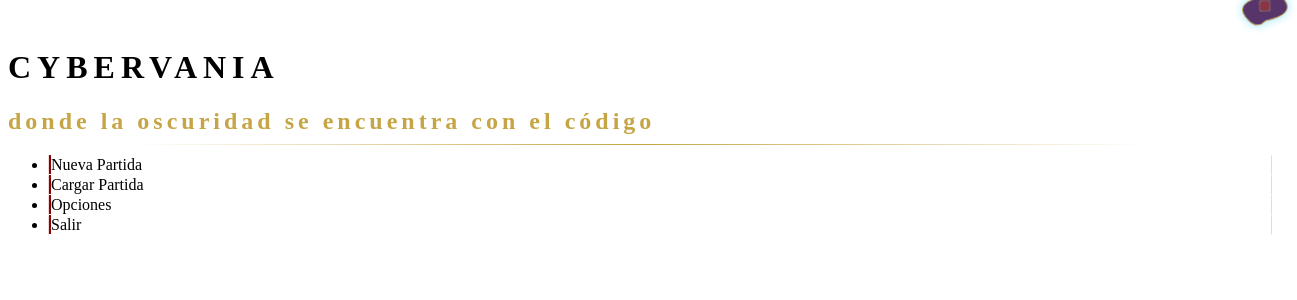
Repository: Cybermemillo/cybervania
Page: index.html
These files come from the project's save history. The page is drawn as it stood at one moment and after the next save; the edit follows.
The browser window is 1280 px wide. The page is 1297 px wide, then 1283 px, so the pictures cover 1297 px, including what lies to the right of the window. The pictures show the whole page.
Some web fonts or font styles are not loaded; a fallback is used.

Above is the page before, as saved 2025-03-03 19:22:58.
Console error: ReferenceError: previewContainer is not defined

### index.html
<!DOCTYPE html>
<html lang="es">
<head>
    <meta charset="UTF-8">
    <meta name="viewport" content="width=device-width, initial-scale=1.0">
    <title>Cybervania - Menú Principal</title>
    <!-- Estilos CSS -->
    <link rel="stylesheet" href="css/menu.css">
    <link rel="stylesheet" href="css/menu-gothic-enhancement.css">
    <link rel="stylesheet" href="css/gothic-effects.css">

    <!-- Precargar la fuente -->
    <link rel="preload" href="assets/fonts/neogothic.woff2" as="font" type="font/woff2" crossorigin>

    <!-- Fuentes góticas desde Google Fonts -->
    <link rel="preconnect" href="https://fonts.googleapis.com">
    <link rel="preconnect" href="https://fonts.gstatic.com" crossorigin>
    <link href="https://fonts.googleapis.com/css2?family=Almendra:wght@400;700&family=Pirata+One&display=swap" rel="stylesheet">

    <!-- Favicon -->
    <link rel="icon" type="image/png" href="assets/images/favicon.png">
</head>
<body class="cursor-gothic">
    <!-- Audio indicator discreto -->
    <div id="audio-indicator" class="notification" style="opacity: 0;">
        Haz clic para activar audio
    </div>

    <!-- Contenedor principal del menú -->
    <div id="menu-container">
        <!-- El menú se generará dinámicamente desde JS -->
    </div>

    <!-- Scripts -->
    <script type="module" src="js/main.js"></script>
</body>
</html>

### css/menu.css
@font-face {
    font-family: 'NeoGothic';
    src: url('../assets/fonts/neogothic.woff2') format('woff2');
    font-weight: normal;
    font-style: normal;
}

:root {
    --menu-frame-color: rgba(41, 80, 120, 0.8);
    --text-glow-color: rgba(0, 195, 255, 0.5);
    --text-color: #e0f2ff;
    --accent-color: #00c3ff;
    --background-color: #080818;
    --mist-opacity: 0.3;
    --background-blur: 0.15;

    /* Colores para especializaciones */
    --red-color: #ff3a4a;
    --blue-color: #1fa7ff;
    --purple-color: #a742ff;

    /* Variables de animación */
    --menu-transition: 0.3s cubic-bezier(0.23, 1, 0.

### css/menu-gothic-enhancement.css
/* Mejoras estéticas para reforzar el carácter gótico-cyberpunk de Cybervania */

/* Fuentes más característica con familia gótica */
@import url('https://fonts.googleapis.com/css2?family=Pirata+One&display=swap');
@import url('https://fonts.googleapis.com/css2?family=Almendra:wght@400;700&display=swap');

/* Variables adicionales */
:root {
    /* Colores para acentos góticos */
    --blood-red: #8a0303;
    --midnight-purple: #2d0245;
    --ancient-gold: #bf9b30;
    --church-blue: #142c59;

    /* Efectos especiales */
    --blood-drip: drop-shadow(0 5px 2px rgba(138, 3, 3, 0.4));
    --stained-glass: linear-gradient(135deg, rgba(20, 44, 89, 0.7), rgba(138, 3, 3, 0.5), rgba(45, 2, 69, 0.7));
}

/* Rediseño del título principal para hacerlo más legible */
.title-container h1 {
    /* Cambiar a una fuente gótica más legible */
    font-family: 'Almendra', 'Orbitron', serif;
    letter-spacing: 6px; /* Reducido de 8px para mejorar legibilidad */
    position: relative;
    animation: textShadowPulse 4s infinite;

    /* Opción alternativa: convertir a minúsculas para mejor legibilidad */
    /* text-transform: lowercase; */
    /* Para mantener la primera letra en mayúscula, usar JavaScript o esta técnica: */
    /* font-variant: small-caps; */
}

/* Título gótico con acento cyberpunk - ajustado para la nueva fuente */
.title-container h1::before {
    content: attr(data-text);
    position: absolute;
    left: -2px;
    top: 0;
    color: var(--blood-red);
    text-shadow: none;
    z-index: -1;
    animation: gothic-glitch 5s infinite alternate-reverse;
    clip-path: polygon(0 0, 100% 0, 100% 45%, 0 55%);
    opacity: 0.8;
    font-family: 'Almendra', 'Orbitron', serif;
}

/* Nuevo subtítulo con estilo más arcano */
.title-container h2 {
    font-family: 'Pirata One', cursive;
    letter-spacing: 4px;
    font-style: normal;
    color: var(--ancient-gold);
    text-transform: lowercase;
    margin-top: 15px;
    position: relative;
    opacity: 0.9;
}

/* Efectos adicionales para el subtítulo */
.title-container h2::after {
    content: "";
    position: absolute;
    left: 50%;
    bottom: -10px;
    transform: translateX(-50%);
    width: 80%;
    height: 1px;
    background: linear-gradient(to right, transparent, var(--ancient-gold), transparent);
}

/* Vitrales decorativos para los bordes del menú */
.menu-screen::before {
    background: var(--stained-glass);
    opacity: 0.7;
    animation: stained-glass-glow 8s infinite alternate;
}

@keyframes stained-glass-glow {
    0% {
        opacity: 0.3;
        filter: blur(10px) hue-rotate(0deg);
    }
    50% {
        opacity: 0.7;
        filter: blur(7px) hue-rotate(30deg);
    }
    100% {
        opacity: 0.3;
        filter: blur(10px) hue-rotate(0deg);
    }
}

/* Gárgola digital en la esquina superior derecha del menú */
.menu-screen::after {
    content: "";
    position: absolute;
    top: -20px;
    right: -15px;
    width: 60px;
    height: 60px;
    background-image: url("data:[embedded picture, 368 characters]");
    background-size: contain;
    opacity: 0.8;
    transform: rotate(5deg);
    filter: drop-shadow(0 0 5px var(--text-glow-color));
    animation: gargoyle-watch 15s infinite alternate;
    pointer-events: none;
    z-index: 10;
}

@keyframes gargoyle-watch {
    0% { transform: rotate(5deg) translateY(0); }
    25% { transform: rotate(0deg) translateY(2px); }
    50% { transform: rotate(-5deg) translateY(0); }
    75% { transform: rotate(0deg) translateY(-2px); }
    100% { transform: rotate(5deg) translateY(0); }
}

/* Efectos especiales para títulos de secciones */
.menu-screen h3 {
    font-family: 'Almendra', serif;
    letter-spacing: 2px; /* Reducido para mejor legibilidad */
    padding: 8px 0;
    color: var(--ancient-gold);
    text-shadow: 0 0 8px rgba(138, 3, 3, 0.6);
    position: relative;
}

/* Símbolos arcanos alrededor de los títulos */
.menu-screen h3::before,
.menu-screen h3::after {
    content: "†";
    font-family: serif;
    font-size: 22px;
    position: absolute;
    top: 50%;
    transform: translateY(-50%);
    color: var(--ancient-gold);
    text-shadow: 0 0 5px var(--blood-red);
}

.menu-screen h3::before { left: 10px; }
.menu-screen h3::after { right: 10px; }

/* Ornamentos para elementos del menú principal */
.menu-item {
    border-image: url("data:[embedded picture, 255 characters]") 10 stretch;
    border-width: 1px;
    border-style: solid;
}

/* Hover más dramático para elementos del menú */
.menu-item:hover {
    border-image: url("data:[embedded picture, 255 characters]") 10 stretch;
    box-shadow: 0 0 15px rgba(138, 3, 3, 0.6), inset 0 0 15px rgba(255, 34, 136, 0.3);
    background: linear-gradient(to right, rgba(45, 2, 69, 0.7), rgba(80, 20, 60, 0.5));
    transform: translateX(8px);
}

/* Iconos con estilo más distintivo */
.menu-icon {
    border: 1px solid var(--blood-red);
    background: radial-gradient(circle at center, rgba(45, 2, 69, 0.7), rgba(20, 5, 20, 0.9));
}

/* Efectos específicos para el fondo */
.mist-element {
    background: radial-gradient(
        circle,
        rgba(180, 20, 120, 0.1) 0%,
        rgba(45, 2, 69, 0.05) 50%,
        rgba(0, 0, 0, 0) 70%
    );
    mix-blend-mode: screen;
}

/* Añadir patrón de catedral en fondo */
.menu-background:before {
    content: "";
    position: absolute;
    top: 0;
    left: 0;
    width: 100%;
    height: 100%;
    background-image: url("data:[embedded picture, 316 characters]");
    background-size: 100px 100px;
    opacity: 0.05;
    pointer-events: none;
    z-index: 1;
}

/* Efecto de sangre goteante para botones destacados */
.main-button {
    filter: var(--blood-drip);
    background: linear-gradient(to bottom, rgba(138, 3, 3, 0.8), rgba(80, 10, 40, 0.9));
    border-color: var(--blood-red);
}

.main-button:hover {
    background: linear-gradient(to bottom, rgba(168, 13, 13, 0.9), rgba(100, 15, 50, 0.95));
    box-shadow: 0 0 15px rgba(138, 3, 3, 0.5);
}

/* Notificaciones con estilo gótico */
.notification {
    font-family: 'Pirata One', cursive;
    background-color: rgba(20, 44, 89, 0.9);
    border: 1px solid var(--ancient-gold);
    color: var(--ancient-gold);
}

/* Entrada gótica para las pantallas del menú */
@keyframes gothic-entrance {
    from {
        opacity: 0;
        transform: translateY(30px) scale(0.95);
        filter: blur(10px) brightness(0.5);
    }
    50% {
        opacity: 0.7;
        transform: translateY(15px) scale(0.98);
        filter: blur(5px) brightness(0.7);
    }
    to {
        opacity: 1;
        transform: translateY(0) scale(1);
        filter: blur(0) brightness(1);
    }
}

/* Mejoras para los selectores de especialización */
.spec-card.red {
    background: linear-gradient(135deg, rgba(40, 10, 30, 0.7), rgba(138, 3, 3, 0.6));
}

.spec-card.blue {
    background: linear-gradient(135deg, rgba(40, 10, 30, 0.7), rgba(20, 44, 89, 0.6));
}

.spec-card.purple {
    background: linear-gradient(135deg, rgba(40, 10, 30, 0.7), rgba(45, 2, 69, 0.6));
}

.spec-card.selected::before {
    content: "⚜";
    position: absolute;
    top: -12px;
    left: 50%;
    transform: translateX(-50%);
    font-size: 24px;
    color: var(--ancient-gold);
    text-shadow: 0 0 5px rgba(191, 155, 48, 0.5);
}

/* Animación gótica con glitch */
@keyframes gothic-glitch {
    0% {
        clip-path: polygon(0 0, 100% 0, 100% 45%, 0 55%);
        transform: skew(0.8deg);
    }
    30% {
        clip-path: polygon(0 45%, 100% 35%, 100% 65%, 0 75%);
        transform: skew(0.5deg);
    }
    60% {
        clip-path: polygon(0 55%, 100% 65%, 100% 100%, 0 100%);
        transform: skew(0.25deg);
    }
    100% {
        clip-path: polygon(0 0, 100% 0, 100% 100%, 0 100%);
        transform: skew(0deg);
    }
}

### css/gothic-effects.css
/* Archivo adicional de estilos para efectos gótico-cyberpunk de Cybervania */

/* Estilos para las gárgolas ornamentales */
.gargoyle-ornament {
    position: absolute;
    width: 50px;
    height: 50px;
    z-index: 20;
    opacity: 0.6;
    filter: drop-shadow(0 0 3px rgba(0, 0, 0, 0.5));
    transition: opacity 0.3s ease, transform 0.3s ease;
}

.gargoyle-ornament.top-left {
    top: 10px;
    left: 10px;
}

.gargoyle-ornament.top-right {
    top: 10px;
    right: 10px;
}

.gargoyle-ornament.bottom-left {
    bottom: 10px;
    left: 10px;
}

.gargoyle-ornament.bottom-right {
    bottom: 10px;
    right: 10px;
}

.gargoyle-ornament:hover {
    opacity: 1;
    transform: scale(1.2);
}

.gargoyle-ornament.awakened {
    filter: drop-shadow(0 0 5px rgba(255, 34, 136, 0.5));
}

/* Pentagrama digital */
.cyber-pentagram {
    position: absolute;
    top: 50%;
    left: 50%;
    transform: translate(-50%, -50%) scale(0.5);
    opacity: 0;
    z-index: 1;
    pointer-events: none;
    transition: opacity 1s ease, transform 1s ease;
}

.cyber-pentagram.reveal {
    opacity: 0.15;
    transform: translate(-50%, -50%) scale(1);
}

.pentagram-outline {
    animation: pentagram-pulse 10s infinite alternate;
}

@keyframes pentagram-pulse {
    0% { stroke-width: 0.5; stroke-opacity: 0.3; }
    50% { stroke-width: 1; stroke-opacity: 0.5; }
    100% { stroke-width: 0.5; stroke-opacity: 0.3; }
}

/* Manchas de sangre digitales */
.blood-splatter {
    position: absolute;
    z-index: 1;
    pointer-events: none;
    filter: hue-rotate(330deg) contrast(1.2);
    mix-blend-mode: multiply;
}

/* Glow ritual alrededor de los elementos del menú */
.ritual-glow {
    position: absolute;
    top: 0;
    left: 0;
    right: 0;
    bottom: 0;
    background: transparent;
    pointer-events: none;
    z-index: -1;
    box-shadow: inset 0 0 30px rgba(191, 155, 48, 0.2);
    border-radius: inherit;
}

/* Símbolos arcanos en fondos */
.arcane-symbols {
    position: absolute;
    top: 0;
    left: 0;
    width: 100%;
    height: 100%;
    z-index: 0;
    pointer-events: none;
    overflow: hidden;
}

/* Relámpagos ambientales */
.ambient-lightning {
    position: fixed;
    top: 0;
    left: 0;
    width: 100%;
    height: 100%;
    background: rgba(255, 255, 255, 0);
    pointer-events: none;
    z-index: 200;
    opacity: 0;
    transition: all 0.1s ease;
}

.ambient-lightning.flash {
    opacity: 0;
    animation: lightning-flash 1.5s ease-out;
}

@keyframes lightning-flash {
    0% { background: rgba(255, 255, 255, 0); opacity: 0; }
    10% { background: rgba(150, 195, 255, 0.1); opacity: 0.8; }
    11% { background: rgba(255, 255, 255, 0); opacity: 0; }
    14% { background: rgba(150, 195, 255, 0.1); opacity: 0.3; }
    15% { background: rgba(255, 255, 255, 0); opacity: 0; }
    100% { background: rgba(255, 255, 255, 0); opacity: 0; }
}

/* Efecto de texto sangriento */
.bloody-text {
    color: #f0e2ff;
    text-shadow: 0 0 5px rgba(138, 3, 3, 0.7);
    position: relative;
}

.blood-drop {
    position: absolute;
    bottom: -5px;
    width: 2px;
    height: 10px;
    background: linear-gradient(to bottom, rgba(138, 3, 3, 0.7), rgba(138, 3, 3, 0));
    border-radius: 50% 50% 0 0;
    animation: drip 3s infinite;
}

@keyframes drip {
    0% { height: 0; opacity: 0; }
    30% { height: 10px; opacity: 0.7; }
    70% { height: 15px; opacity: 0.5; }
    100% { height: 20px; opacity: 0; }
}

/* Efectos de distorsión VHS */
.vhs-distortion {
    position: relative;
    overflow: hidden;
}

.vhs-noise {
    position: absolute;
    top: 0;
    left: 0;
    width: 100%;
    height: 100%;
    background-image: url("data:[embedded picture, 304 characters]");
    opacity: 0.03;
    mix-blend-mode: screen;
    pointer-events: none;
}

.vhs-scanlines {
    position: absolute;
    top: 0;
    left: 0;
    width: 100%;
    height: 100%;
    background: linear-gradient(
        to bottom,
        transparent 50%,
        rgba(0, 0, 0, 0.05) 50%
    );
    background-size: 100% 4px;
    pointer-events: none;
}

.vhs-glitch {
    position: absolute;
    top: 0;
    left: 0;
    width: 100%;
    height: 100%;
    opacity: 0;
    pointer-events: none;
    animation: random-glitch 10s infinite;
}

@keyframes random-glitch {
    0% { opacity: 0; transform: translateX(0); }
    1% { opacity: 0.2; transform: translateX(-5px); }
    1.5% { opacity: 0; transform: translateX(0); }
    10% { opacity: 0; }
    10.5% { opacity: 0.1; }
    11% { opacity: 0; }
    30% { opacity: 0; }
    30.5% { opacity: 0.2; transform: translateX(3px); }
    31% { opacity: 0; transform: translateX(0); }
    98% { opacity: 0; }
    100% { opacity: 0; }
}

/* Viñeta oscura pulsante */
.dark-vignette {
    position: fixed;
    top: 0;
    left: 0;
    width: 100%;
    height: 100%;
    pointer-events: none;
    z-index: 1;
    background: radial-gradient(
        ellipse at center,
        transparent 60%,
        rgba(0, 0, 0, 0.4) 100%
    );
    opacity: 0.7;
    transition: opacity 3s ease;
}

.dark-vignette.pulse {
    opacity: 0.9;
}

/* Parpadeo de luces de neón */
.neon-flicker {
    animation: neon-flicker-effect 4s infinite;
}

@keyframes neon-flicker-effect {
    0%, 19%, 21%, 23%, 54%, 56%, 91%, 100% {
        text-shadow: 0 0 5px var(--text-glow-color),
                     0 0 10px var(--text-glow-color),
                     0 0 15px var(--text-glow-color);
        opacity: 1;
    }
    20%, 55%, 92% {
        text-shadow: none;
        opacity: 0.8;
    }
}

/* Cursor personalizado gótico */
.cursor-gothic {
    cursor: url("data:[embedded picture, 261 characters]")
          12 12,
        auto;
}

### js/main.js
import { MainMenu } from './ui/MainMenu.js';
import { GothicEffects } from './ui/GothicEffects.js';
import { MenuEffects } from './ui/MenuEffects.js';
import { getAudioManager } from './audio/AudioManager.js';
import { Player } from './entities/Player.js';

// Inicializar sistemas cuando el DOM esté listo
document.addEventListener('DOMContentLoaded', function() {
    console.log('🦇 Cybervania - Inicializando menú principal...');

    // Inicializar el menú principal
    const mainMenu = new MainMenu('menu-container');

    // Inicializar audio y precargar sonidos comunes
    const audioManager = getAudioManager();
    audioManager.preloadCommonSounds();

    // Para activar el audio en navegadores modernos que requieren interacción del usuario
    document.body.addEventListener('click', () => {
        if (audioManager.isReady()) {
            audioManager.resume();
        }
    }, { once: true });

    // Inicializar efectos visuales
    const menuEffects = new MenuEffects('menu-container');
    const gothicEffects = new GothicEffects('menu-container');

    // Añadir viñeta oscura
    gothicEffects.addDarkVignette();

    // Aplicar efectos góticos en títulos
    gothicEffects.applyBloodyText('.menu-screen h3');

    // Agregar gestor global para la configuración
    window.cybervaniaSettings = {
        mainMenu,
        menuEffects,
        gothicEffects,
        audioManager,

        // Aplicar configuración
        applySettings(options) {
            // Audio
            if (options.musicVolume !== undefined) {
                audioManager.setMusicVolume(options.musicVolume);
            }
            if (options.sfxVolume !== undefined) {
                audioManager.setSFXVolume(options.sfxVolume);
            }

            // Efectos visuales
            if (options.visualQuality !== undefined) {
                menuEffects.updateMistEffects(options.visualQuality);
                const effectIntensity = options.visualQuality === 'low' ? 0.3 :
                                        options.visualQuality === 'medium' ? 0.6 : 1.0;
                menuEffects.updateEffectsIntensity(effectIntensity);
            }

            // FPS objetivo
            if (options.targetFPS !== undefined) {
                menuEffects.setTargetFPS(options.targetFPS);
            }

            // Alto contraste
            if (options.highContrast !== undefined) {
                menuEffects.toggleHighContrast(options.highContrast);
            }

            // Idioma
            if (options.language !== undefined) {
                document.documentElement.setAttribute('lang', options.language);
                document.body.className = document.body.className
                    .replace(/lang-[a-z]{2}/g, '')
                    .trim();
                document.body.classList.add(`lang-${options.language}`);
            }

            console.log('Configuración aplicada:', options);
        }
    };

    // Aplicar opciones iniciales
    window.cybervaniaSettings.applySettings(mainMenu.gameOptions);

    // Crear un efecto aleatorio cada 30 segundos
    setInterval(() => {
        if (Math.random() > 0.3) { // 30% de probabilidad
            const effects = [
                () => gothicEffects.triggerLightning(),
                () => gothicEffects.flickerLights(),
                () => gothicEffects.pulseBackground(),
                () => menuEffects.simulateSignalInterference(),
                () => gothicEffects.addBloodSplatter()
            ];

            // Seleccionar efecto aleatorio
            const randomEffect = effects[Math.floor(Math.random() * effects.length)];
            randomEffect();
        }
    }, 30000);
});

### js/ui/MenuEffects.js
/**
 * Clase para gestionar efectos visuales del menú principal
 */
export class MenuEffects {
    constructor(containerId) {
        this.container = document.getElementById(containerId);
        this.effectsEnabled = true;

        // Inicializar propiedades
        this.qualityLevel = 'high'; // low, medium, high
        this.particleCount = 15;
        this.mistElements = [];

        // Aplicar efectos iniciales
        this.initEffects();
    }

    initEffects() {
        // Iniciar con efecto de inicio si es compatible con el navegador
        if (window.CSS && CSS.supports('animation-name', 'fadeIn')) {
            this.applyStartupEffect();
        }
    }

    /**
     * Aplica efecto de inicio al cargar el menú
     */
    applyStartupEffect() {
        const glitchOverlay = document.createElement('div');
        glitchOverlay.className = 'transition-glitch';
        this.container.appendChild(glitchOverlay);

        // Activar transición
        setTimeout(() => {
            this.container.classList.add('transition-active');

            // Limpiar después de la animación
            setTimeout(() => {
                this.container.classList.remove('transition-active');
                glitchOverlay.remove();
            }, 800);
        }, 100);
    }

    /**
     * Crea/actualiza elementos de niebla según calidad visual
     */
    updateMistEffects(quality = 'high') {
        // Limpiar niebla existente
        const mistLayer = this.container.querySelector('.mist-layer');
        if (!mistLayer) return;

        mistLayer.innerHTML = '';

        // Ajustar cantidad y calidad según nivel
        let count, opacity, size;

        switch (quality) {
            case 'low':
                count = 3;
                opacity = 0.1;
                size = 200;
                break;

            case 'medium':
                count = 7;
                opacity = 0.2;
                size = 250;
                break;

            case 'high':
            default:
                count = 12;
                opacity = 0.3;
                size = 300;
                break;
        }

        // Crear nuevos elementos de niebla
        for (let i = 0; i < count; i++) {
            const mistElement = document.createElement('div');
            mistElement.className = 'mist-element';
            mistElement.style.opacity = (Math.random() * opacity + 0.05).toString();
            mistElement.style.left = (Math.random() * 100) + '%';
            mistElement.style.top = (Math.random() * 100) + '%';
            mistElement.style.width = size + 'px';
            mistElement.style.height = size + 'px';
            mistElement.style.animationDuration = (Math.random() * 15 + 15) + 's';
            mistElement.style.animationDelay = (Math.random() * 5) + 's';
            mistLayer.appendChild(mistElement);
            this.mistElements.push(mistElement);
        }

        // Guardar nivel actual
        this.qualityLevel = quality;
    }

    /**
     * Actualiza la intensidad de los efectos visuales
     */
    updateEffectsIntensity(intensity) {
        document.documentElement.style.setProperty('--effect-intensity', intensity);
    }

    /**
     * Aplica modo de alto contraste para accesibilidad
     */
    toggleHighContrast(enabled) {
        if (enabled) {
            document.body.classList.add('high-contrast');
        } else {
            document.body.classList.remove('high-contrast');
        }
    }

    /**
     * Aplica efecto de interferencia de señal a los elementos
     */
    simulateSignalInterference(duration = 500) {
        const title = this.container.querySelector('.title-container');
        if (!title) return;

        // Añadir clase para efecto
        title.classList.add('signal-interference');

        // Aplicar distorsión a textos
        const texts = title.querySelectorAll('h1, h2');
        texts.forEach(text => {
            const originalText = text.textContent;
            const glitchTextArr = originalText.split('');

            // Animar distorsión
            const glitchInterval = setInterval(() => {
                // Reemplazar algunos caracteres aleatoriamente
                const randomIndex = Math.floor(Math.random() * glitchTextArr.length);
                const randomChar = this.getRandomGlitchChar();

                glitchTextArr[randomIndex] = Math.random() > 0.5 ? randomChar : originalText[randomIndex];
                text.textContent = glitchTextArr.join('');
            }, 50);

            // Restaurar texto original después del efecto
            setTimeout(() => {
                clearInterval(glitchInterval);
                text.textContent = originalText;
                title.classList.remove('signal-interference');
            }, duration);
        });
    }

    /**
     * Devuelve un carácter aleatorio para efectos glitch
     */
    getRandomGlitchChar() {
        const chars = '!@#$%^&*()_+-=[]{}|;:,.<>?/\\¿¡§±æøðłßØμΣΔφΘλΠ©®';
        return chars.charAt(Math.floor(Math.random() * chars.length));
    }

    /**
     * Activa un relámpago ambiental aleatorio
     */
    triggerLightning() {
        const lightningDiv = document.createElement('div');
        lightningDiv.className = 'ambient-lightning';
        document.body.appendChild(lightningDiv);

        setTimeout(() => {
            lightningDiv.classList.add('flash');

            // Eliminar después de la animación
            setTimeout(() => {
                lightningDiv.remove();
            }, 1500);
        }, 100);
    }

    /**
     * Activa la viñeta oscura pulsante
     */
    pulseVignette() {
        const vignette = document.querySelector('.dark-vignette');
        if (vignette) {
            vignette.classList.add('pulse');
            setTimeout(() => {
                vignette.classList.remove('pulse');
            }, 3000);
        }
    }

    /**
     * Establece el FPS objetivo para el menú
     */
    setTargetFPS(fps) {
        // En una implementación real, ajustaríamos los timers y animaciones
        // Para este ejemplo, solo imprimimos el valor
        console.log(`FPS objetivo establecido a: ${fps}`);

        // Si es un valor bajo, podemos deshabilitar algunas animaciones
        if (fps <= 30) {
            document.body.classList.add('low-performance');
            this.updateEffectsIntensity(0.5); // Reducir intensidad
        } else {
            document.body.classList.remove('low-performance');
            this.updateEffectsIntensity(1.0); // Restaurar intensidad
        }
    }
}

Loaded but not shown: js/ui/MainMenu.js (1113 lines, source omitted); js/entities/Player.js (533 lines, source omitted); js/ui/GothicEffects.js (264 lines, source omitted); js/audio/AudioManager.js (287 lines, source omitted)

After the next save:
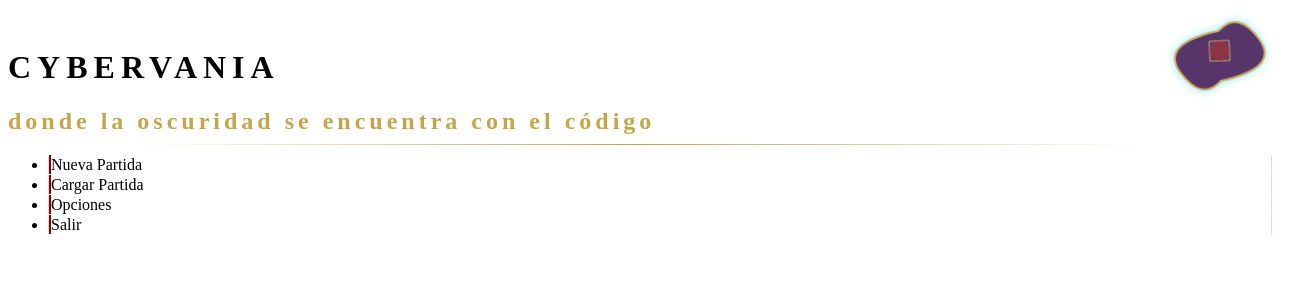
Saved 2 min 7 s later.
--- a/css/menu-gothic-enhancement.css
+++ b/css/menu-gothic-enhancement.css
@@ -96,10 +96,10 @@
 .menu-screen::after {
     content: "";
     position: absolute;
-    top: -20px;
-    right: -15px;
-    width: 60px;
-    height: 60px;
+    top: 0;
+    right: 0;
+    width: 120px; /* Aumentado desde 100px */
+    height: 120px; /* Aumentado desde 100px */
     background-image: url("data:[embedded picture, 368 characters]");
     background-size: contain;
     opacity: 0.8;
